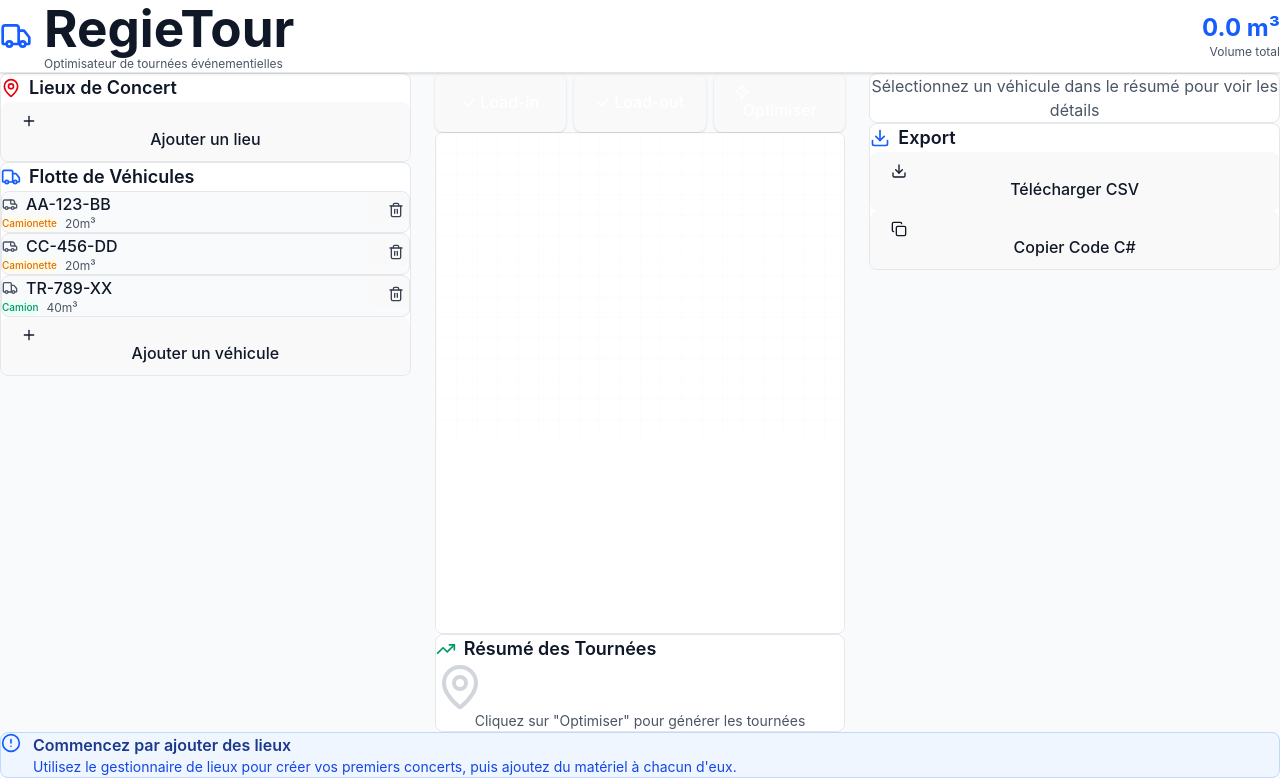
Repository: MaqlachMehdi/logipro
Page: /
An editor plug-in stored every save of this project. The page is shown before and after the next save, followed by the edit.
The browser window is 1280 px wide. The pictures show the whole page.
The project was rebuilt for these pictures with package versions that can differ from the ones it lists, and the page was loaded fresh each time. Also part of the build but not shown: vite.config.ts, src/components/ui/input.tsx, src/components/ui/label.tsx, src/components/VolumeEstimator.tsx, src/components/GearManager.tsx, src/components/ExportDatabase.tsx.

Above is the page before, as saved 2026-02-08 20:09:58.

After the next save:
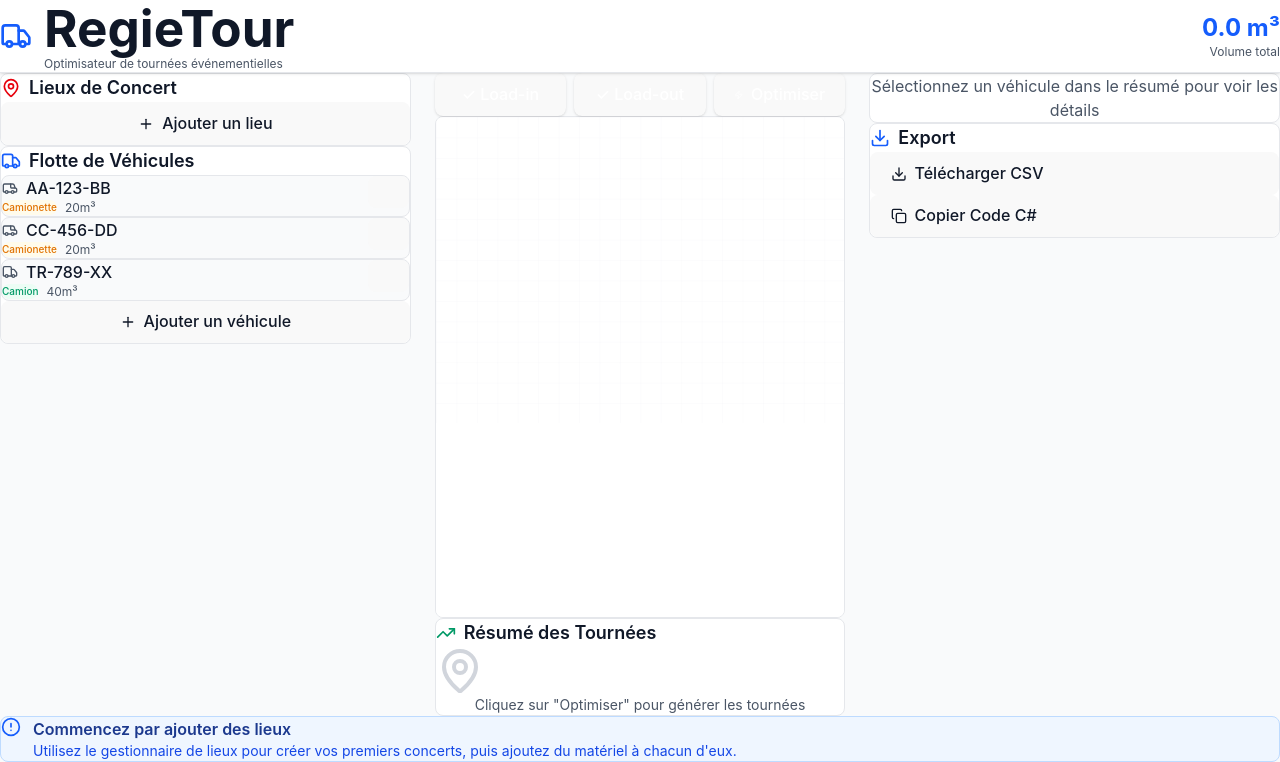
Saved 18 min 12 s later.
--- a/src/components/ui/button.tsx
+++ b/src/components/ui/button.tsx
@@ -30,7 +30,13 @@ export function Button({
 }: ButtonProps) {
   return (
     <button
-      className={`rounded-lg font-medium transition-colors ${variantStyles[variant]} ${sizeStyles[size]} ${className}`}
+      className={`
+        inline-flex items-center justify-center gap-2
+        rounded-lg font-medium transition-colors
+        ${variantStyles[variant]} ${sizeStyles[size]}
+        overflow-hidden text-ellipsis whitespace-nowrap
+        ${className}
+      `}
       {...props}
     >
       {children}
